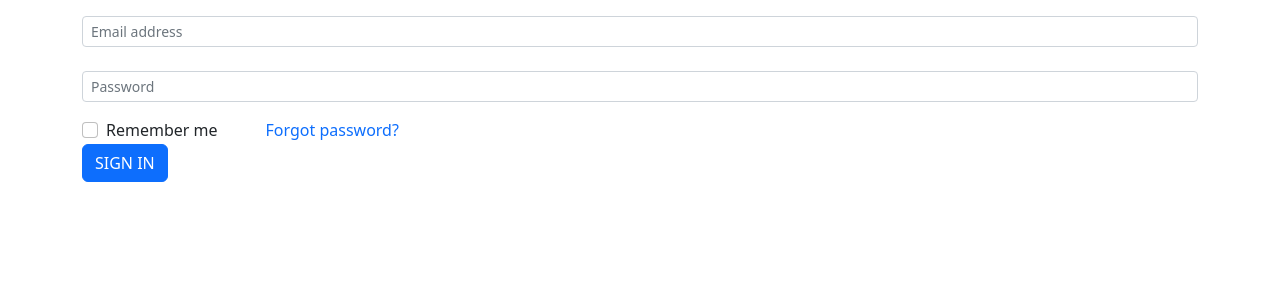
Repository: NPhanA/React2022
Page: / (app in Day 03-React/exercise/)
The author's editor kept a copy of each file at every save. The page is drawn from the files as they stood at one save, then again after the next save.
The browser window is 1280 px wide. The pictures show the whole page.
The project was rebuilt for these pictures with package versions that can differ from the ones it lists, and the page was loaded fresh each time. Also part of the build but not shown: Day 03-React/exercise/src/App.css, Day 03-React/exercise/src/App.js, Day 03-React/exercise/src/Components/UserAgent.js, Day 03-React/exercise/src/Components/ProfileCard.js.

Above is the page before, as saved 2022-07-26 22:16:07.

After the next save:
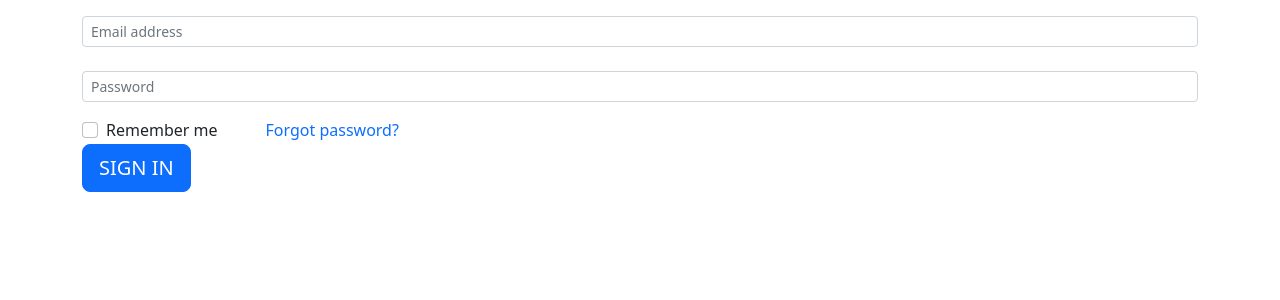
Saved 9 s later.
--- a/Day 03-React/exercise/src/Components/SignInForm.js
+++ b/Day 03-React/exercise/src/Components/SignInForm.js
@@ -14,7 +14,7 @@ function SignInForm() {
                         </label>
                         <span className="text-primary ms-5">Forgot password?</span>
                     </div>
-                    <button className="btn btn-primary btn-md">SIGN IN</button>
+                    <button className="btn btn-primary btn-lg">SIGN IN</button>
                 </form>
             </div>
         </div>

After the save that followed:
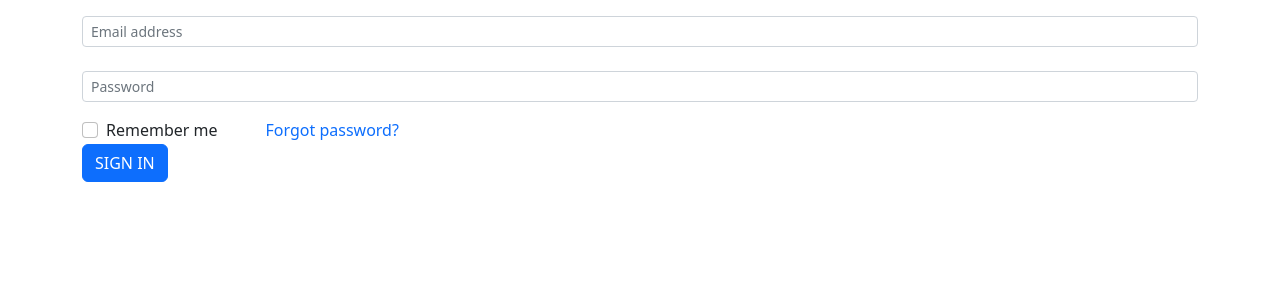
Saved 14 s later.
--- a/Day 03-React/exercise/src/Components/SignInForm.js
+++ b/Day 03-React/exercise/src/Components/SignInForm.js
@@ -14,7 +14,7 @@ function SignInForm() {
                         </label>
                         <span className="text-primary ms-5">Forgot password?</span>
                     </div>
-                    <button className="btn btn-primary btn-lg">SIGN IN</button>
+                    <button className="btn btn-primary ">SIGN IN</button>
                 </form>
             </div>
         </div>
